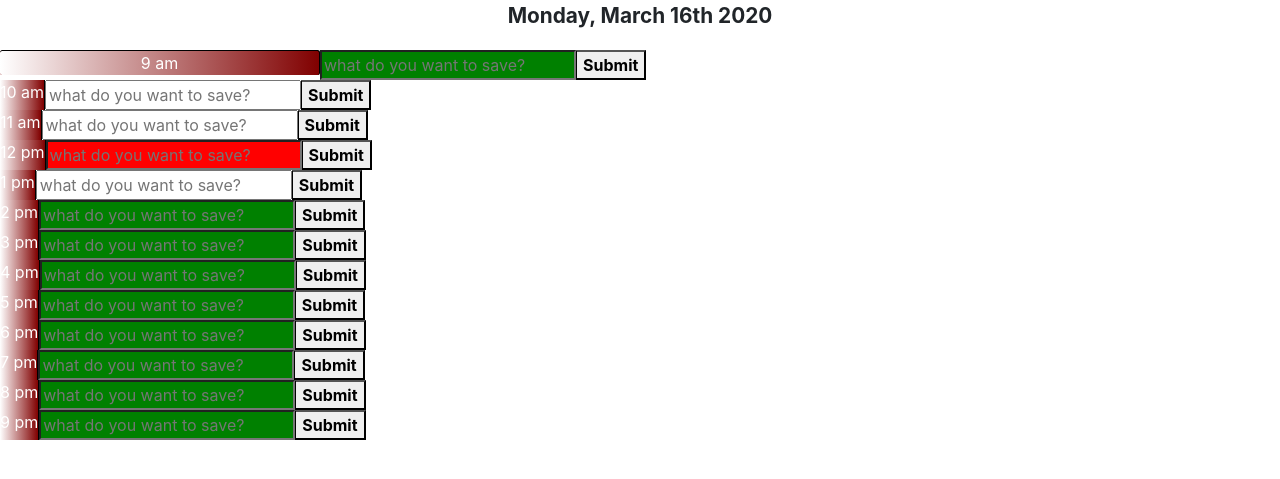
Repository: kkyler24/DayPlanner
Page: Index.html
These files come from the project's save history. The page is drawn as it stood at one moment and after the next save; the edit follows.
The browser window is 1280 px wide. The pictures show the whole page.
Some web libraries are served in a nearby version.

Above is the page before, as saved 2020-03-29 22:23:53.
Console error: ReferenceError: array is not defined

After the next save:
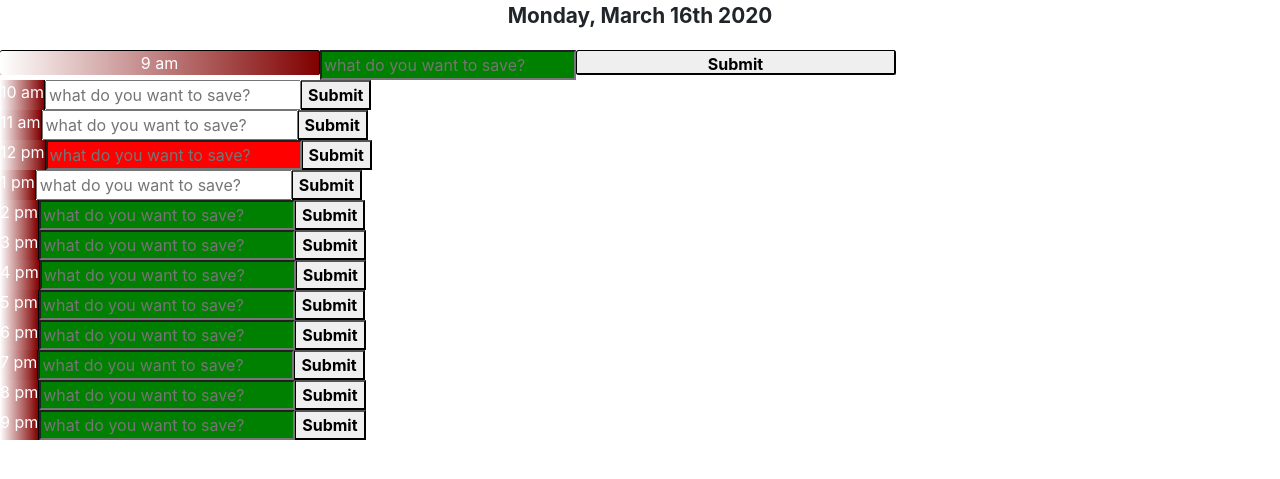
Saved 4 s later.
--- a/Index.html
+++ b/Index.html
@@ -103,7 +103,7 @@
     <form onsubmit="timeSubmit(event)">
     <div class="col-3 left">9 am</div>
     <input class="col-lg-4 middle" placeholder="what do you want to save?"/>
-    <button type="submit" class="column-small right button"><strong>Submit</strong></button>
+    <button type="submit" class="col-3 right button"><strong>Submit</strong></button>
     </form>
     <form onsubmit="timeSubmit(event)">
     <div class="column-small left">10 am</div>
